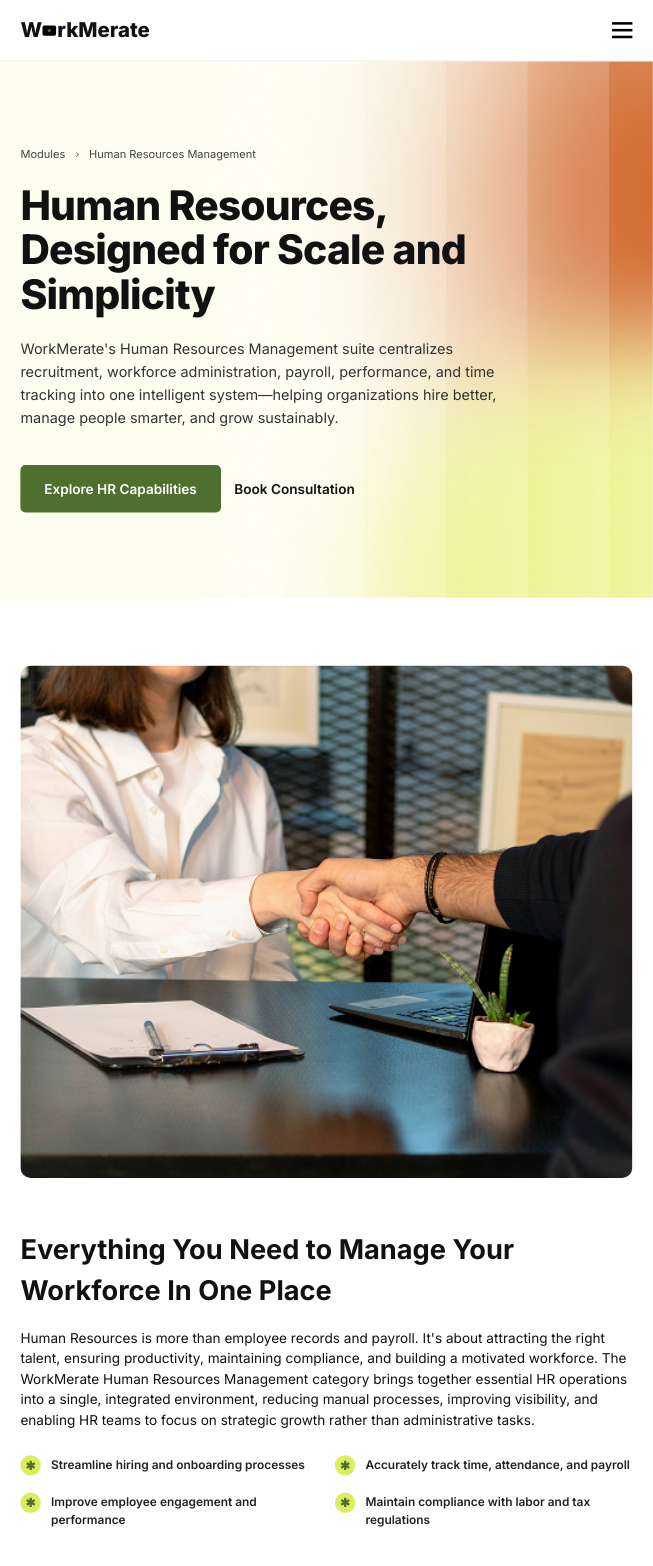
Repository: Opawumi/work_merate
Page: hr.html
The author's editor kept a copy of each file at every save. The page is drawn from the files as they stood at one save, then again after the next save.
The browser window is 768 px wide. The pictures show the part of the page from y = 0 to 1842 px (the page is 6237 px tall before and 6165 px after), at 85% of full size.
Pictures or frames that could not be fetched are drawn as grey boxes.

Above is the page before, as saved 2026-02-02 21:39:21.

### hr.html
<!DOCTYPE html>
<html lang="en">
<head>
    <meta charset="UTF-8">
    <meta name="viewport" content="width=device-width, initial-scale=1.0">
    <title>Human Resources - WorkMerate</title>
    <link rel="stylesheet" href="hr.css">
    <link rel="preconnect" href="https://fonts.googleapis.com">
    <link rel="preconnect" href="https://fonts.gstatic.com" crossorigin>
    <link href="https://fonts.googleapis.com/css2?family=Inter:wght@400;500;600;700;800&display=swap" rel="stylesheet">
</head>
<body>

    <nav class="navbar">
        <div class="container nav-wrapper">
            <a href="#" class="logo">W<span class="bag-icon"></span>rkMerate</a>
            <ul class="nav-menu">
                <li><a href="#" class="nav-link">Agentic AI</a></li>
                <li><a href="#" class="nav-link">Services <svg class="chevron" viewBox="0 0 24 24" fill="none" stroke="currentColor" stroke-width="2"><polyline points="6 9 12 15 18 9"></polyline></svg></a></li>
                <li><a href="#" class="nav-link active">Modules <svg class="chevron" viewBox="0 0 24 24" fill="none" stroke="currentColor" stroke-width="2"><polyline points="6 9 12 15 18 9"></polyline></svg></a></li>
                <li><a href="#" class="nav-link">Pricing</a></li>
                <li><a href="#" class="nav-link">Resources <svg class="chevron" viewBox="0 0 24 24" fill="none" stroke="currentColor" stroke-width="2"><polyline points="6 9 12 15 18 9"></polyline></svg></a></li>
                <li><a href="#" class="nav-link">About us</a></li>
            </ul>
            <div class="nav-actions">
                <a href="#" class="login-link">Login</a>
                <a href="#" class="btn-nav">Try it Free</a>
            </div>
            <div class="hamburger" id="hamburger"><span></span><span></span><span></span></div>
        </div>
        <div class="mobile-menu" id="mobileMenu">
             <a href="#">Services</a><a href="#">Modules</a><a href="#">Pricing</a>
        </div>
    </nav>

    <section class="hero-hr">
        <div class="container hero-container">
            <div class="hero-content">
                <div class="breadcrumbs">
                    <span class="crumb-gray">Modules</span>
                    <svg class="crumb-arrow" viewBox="0 0 24 24"><path d="M10 6L8.59 7.41 13.17 12l-4.58 4.59L10 18l6-6z"/></svg>
                    <span class="crumb-current">Human Resources Management</span>
                </div>
                <h1>Human Resources, Designed for Scale and Simplicity</h1>
                <p class="hero-description">
                    WorkMerate's Human Resources Management suite centralizes recruitment,
                    workforce administration, payroll, performance, and time tracking into one
                    intelligent system—helping organizations hire better, manage people smarter, and
                    grow sustainably.
                </p>
                <div class="hero-buttons">
                    <a href="#" class="btn-hero-primary">Explore HR Capabilities</a>
                    <a href="#" class="btn-hero-secondary">Book Consultation</a>
                </div>
            </div>
        </div>
    </section>

    <section class="section-padding bg-white">
        <div class="container">
            <div class="equal-height-row">
                <div class="image-content">
                    <img src="./assets/hr-one.png" alt="Handshake">
                </div>
                <div class="text-content">
                    <h2>Everything You Need to Manage Your Workforce In One Place</h2>
                    <p class="mb-6">Human Resources is more than employee records and payroll. It's about attracting the right talent, ensuring productivity, maintaining compliance, and building a motivated workforce. The WorkMerate Human Resources Management category brings together essential HR operations into a single, integrated environment, reducing manual processes, improving visibility, and enabling HR teams to focus on strategic growth rather than administrative tasks.</p>

                    <ul class="icon-list-grid">
                        <li>
                            <div class="icon-circle-lime">✱</div>
                            <span>Streamline hiring and onboarding processes</span>
                        </li>
                        <li>
                            <div class="icon-circle-lime">✱</div>
                            <span>Accurately track time, attendance, and payroll</span>
                        </li>
                        <li>
                            <div class="icon-circle-lime">✱</div>
                            <span>Improve employee engagement and performance</span>
                        </li>
                        <li>
                            <div class="icon-circle-lime">✱</div>
                            <span>Maintain compliance with labor and tax regulations</span>
                        </li>
                    </ul>
                </div>
            </div>
        </div>
    </section>

    <section class="section-padding hr-bg-lines bg-cream">
        <div class="container">
            <div class="capabilities-layout">
                <div class="cap-intro">
                    <h2>Core HR Capabilities</h2>
                    <p>Powerful modules working together to transform how you manage your workforce</p>
                    <div class="nav-arrows">
                        <button class="arrow-btn">←</button>
                        <button class="arrow-btn">→</button>
                    </div>
                </div>

                <div class="cap-cards-wrapper">
                    <div class="cap-card">
                        <div class="icon-box-dark"><svg viewBox="0 0 24 24" fill="none" stroke="currentColor" stroke-width="2"><rect x="3" y="4" width="18" height="18" rx="2" ry="2"></rect><line x1="16" y1="2" x2="16" y2="6"></line><line x1="8" y1="2" x2="8" y2="6"></line><line x1="3" y1="10" x2="21" y2="10"></line></svg></div>
                        <h3>Recruitment</h3>
                        <p>Manage your entire hiring process from job postings to candidate selection within a structured, collaborative workflow.</p>
                        <ul class="check-list-small">
                            <li><span class="check-circle-small">✓</span> Job requisitions and role definitions</li>
                            <li><span class="check-circle-small">✓</span> Applicant tracking and pipelines</li>
                            <li><span class="check-circle-small">✓</span> Interview scheduling and evaluation</li>
                            <li><span class="check-circle-small">✓</span> Hiring approvals and offer management</li>
                        </ul>
                    </div>

                    <div class="cap-card">
                        <div class="icon-box-dark"><svg viewBox="0 0 24 24" fill="none" stroke="currentColor" stroke-width="2"><path d="M12 2a10 10 0 1 0 10 10A10 10 0 0 0 12 2zm0 18a8 8 0 1 1 8-8 8 8 0 0 1-8 8z"></path><path d="M12 6v6l4 2"></path></svg></div>
                        <h3>AI Recruitment</h3>
                        <p>Enhance recruitment decisions using AI-driven insights to identify, rank, and recommend most suitable candidates.</p>
                        <ul class="check-list-small">
                            <li><span class="check-circle-small">✓</span> AI-powered CV screening and shortlisting</li>
                            <li><span class="check-circle-small">✓</span> Candidate-job matching based on skills</li>
                            <li><span class="check-circle-small">✓</span> Bias-reduced evaluation support</li>
                            <li><span class="check-circle-small">✓</span> Predictive hiring insights</li>
                        </ul>
                    </div>
                </div>
            </div>
        </div>
    </section>

    <section class="section-padding bg-white">
        <div class="container">
            <div class="section-header">
                <h2>Built for Teams Across Multiple Industries</h2>
                <p>The Human Resources Management suite is flexible enough to support diverse workforce structures and compliance needs across industries</p>
            </div>

            <div class="grid-3">
                <div class="card-outline">
                    <div class="icon-box-dark"><svg viewBox="0 0 24 24" fill="none" stroke="currentColor" stroke-width="2"><rect x="2" y="3" width="20" height="14" rx="2" ry="2"></rect><line x1="8" y1="21" x2="16" y2="21"></line><line x1="12" y1="17" x2="12" y2="21"></line></svg></div>
                    <h3>Corporate & Professional Services</h3>
                    <p>Structured hiring, payroll, and performance reviews</p>
                </div>
                <div class="card-outline">
                    <div class="icon-box-dark"><svg viewBox="0 0 24 24" fill="none" stroke="currentColor" stroke-width="2"><path d="M3 21h18v-8a2 2 0 0 0-2-2H5a2 2 0 0 0-2 2z"></path><path d="M5 11V7a2 2 0 0 1 2-2h10a2 2 0 0 1 2 2v4"></path></svg></div>
                    <h3>Manufacturing & Operations</h3>
                    <p>Shift-based attendance and workforce tracking</p>
                </div>
                <div class="card-outline">
                    <div class="icon-box-dark"><svg viewBox="0 0 24 24" fill="none" stroke="currentColor" stroke-width="2"><circle cx="9" cy="21" r="1"></circle><circle cx="20" cy="21" r="1"></circle><path d="M1 1h4l2.68 13.39a2 2 0 0 0 2 1.61h9.72a2 2 0 0 0 2-1.61L23 6H6"></path></svg></div>
                    <h3>Early risk detection</h3>
                    <p>Through forensic analysis and monitoring</p>
                </div>
                <div class="card-outline">
                    <div class="icon-box-dark"><svg viewBox="0 0 24 24" fill="none" stroke="currentColor" stroke-width="2"><path d="M22 10v6M2 10l10-5 10 5-10 5z"></path><path d="M6 12v5c3 3 9 3 12 0v-5"></path></svg></div>
                    <h3>Education & Training</h3>
                    <p>Staff records, leave management, and appraisals</p>
                </div>
                <div class="card-outline">
                    <div class="icon-box-dark"><svg viewBox="0 0 24 24" fill="none" stroke="currentColor" stroke-width="2"><path d="M3 21h18"></path><path d="M5 21V7l8-4 8 4v14"></path><path d="M10 9v12"></path><path d="M14 9v12"></path></svg></div>
                    <h3>Healthcare</h3>
                    <p>Minimize disruption and preparation time</p>
                </div>
                <div class="card-outline">
                    <div class="icon-box-dark"><svg viewBox="0 0 24 24" fill="none" stroke="currentColor" stroke-width="2"><path d="M2 22h20V2l-5 4-5-4-5 4-5-4z"></path></svg></div>
                    <h3>Construction & Field Services</h3>
                    <p>Timesheets, attendance, and payroll integration</p>
                </div>
            </div>
        </div>
    </section>

    <section class="section-padding grey-bg">
        <div class="container">
            <div class="equal-height-row reverse">
                <div class="image-content">
                    <img src="./assets/hr-two.png" alt="HR Meeting">
                </div>
                <div class="text-content">
                    <h2>One HR System. Fully Connected.</h2>
                    <p class="mb-6">All Human Resources modules within WorkMerate are deeply integrated—ensuring that data flows seamlessly across recruitment, employee records, attendance, payroll, and performance.</p>
                    <ul class="icon-list-grid">
                        <li><div class="icon-circle-lime">✱</div> <span>Better decision-making through connected insights</span></li>
                        <li><div class="icon-circle-lime">✱</div> <span>Enhanced collaboration between teams for streamlined processes</span></li>
                        <li><div class="icon-circle-lime">✱</div> <span>Real-time visibility across HR operations</span></li>
                        <li><div class="icon-circle-lime">✱</div> <span>Enhanced data analytics for better decision-making</span></li>
                    </ul>
                </div>
            </div>
        </div>
    </section>

    <section class="section-padding bg-white">
        <div class="container">
            <div class="cta-banner">
                <h2>Transform How You Manage People</h2>
                <p>Whether you're scaling a growing team or optimizing enterprise HR operations, WorkMerate provides the structure, flexibility, and intelligence your workforce needs.</p>
                <div class="cta-actions">
                    <a href="#" class="btn-dark">Request a Demo</a>
                </div>
            </div>
        </div>
    </section>

    <footer class="footer-section">
        <div class="container">
            <div class="footer-top">
                <div class="footer-brand">
                    <a href="#" class="logo">W<span class="bag-icon"></span>rkMerate</a>
                    <p class="tagline">Smart. Secure. Simplified.</p>
                    <div class="contact-details">
                        <p><strong>USA Customer Support:</strong><br>(+1) 256 441 3090</p>
                        <p><strong>NGA Customer Support:</strong><br>(+234) 907 713 7167</p>
                        <p><strong>Email:</strong><br>support@workmerate.ng.com</p>
                    </div>
                    <div class="social-icons">
                         <span>f</span><span>x</span><span>in</span><span>ig</span><span>tk</span>
                    </div>
                </div>
                <div class="footer-links-grid">
                    <div><h4>Services</h4><ul><li><a href="#">Tax Automation</a></li><li><a href="#">ERP Integration</a></li></ul></div>
                    <div><h4>Modules</h4><ul><li><a href="#">Human Resources</a></li><li><a href="#">Financial Management</a></li></ul></div>
                    <div><h4>Resources</h4><ul><li><a href="#">Compliance Loss</a></li><li><a href="#">State IRS</a></li></ul></div>
                    <div><h4>Other Links</h4><ul><li><a href="#">About Us</a></li><li><a href="#">Pricing</a></li></ul></div>
                </div>
            </div>
            <hr>
            <div class="footer-newsletter">
                <div class="nl-text"><h3>Subscribe to our newsletter</h3><p>Stay informed with the latest news.</p></div>
                <div class="nl-form"><input type="email" placeholder="Enter your email"><button class="btn-dark">Subscribe</button></div>
            </div>
            <hr>
            <div class="footer-bottom">
                <p>&copy; 2025 WorkMerate - All rights reserved</p>
                <div class="badges"><span style="color:#4F6F2F; font-weight:bold;">NiTDA</span></div>
            </div>
        </div>
    </footer>

    <script>
        document.getElementById('hamburger').addEventListener('click', function() {
            document.getElementById('mobileMenu').classList.toggle('open');
        });
    </script>
</body>
</html>

### hr.css
/* --- Reset & Variables --- */
:root {
  --font-family: "Inter", sans-serif;
  --color-text-main: #111;
  --color-text-light: #555;
  --color-dark-green: #4f6f2f;
  --color-lime-accent: #dcee60;
  --color-cream-bg: #f9f9f4;
  --color-yellow-cta: #eff69e;
  --color-border: #eeeeee;
}

* {
  margin: 0;
  padding: 0;
  box-sizing: border-box;
}
body {
  font-family: var(--font-family);
  color: var(--color-text-main);
  background: #fff;
  line-height: 1.5;
  overflow-x: hidden;
}
a {
  text-decoration: none;
  color: inherit;
}
ul {
  list-style: none;
}
img {
  max-width: 100%;
  display: block;
}

/* Utilities */
.container {
  max-width: 1240px;
  margin: 0 auto;
  padding: 0 24px;
}
.section-padding {
  padding: 80px 0;
}
.hr-bg-lines {
    background: url("./assets/pricing-bg-3.png") no-repeat center/cover;
}
.grey-bg {
    background-color: #EDEFE8;
}
.bg-white {
  background-color: #fff;
}
.bg-cream {
  background-color: var(--color-cream-bg);
}
.mb-6 {
  margin-bottom: 24px;
}

/* --- Navigation --- */
.navbar {
  height: 72px;
  display: flex;
  align-items: center;
  border-bottom: 1px solid #eee;
  background: #fff;
  position: relative;
  z-index: 100;
}
.nav-wrapper {
  width: 100%;
  display: flex;
  justify-content: space-between;
  align-items: center;
}
.logo {
  font-size: 24px;
  font-weight: 800;
  display: flex;
  align-items: center;
}
.bag-icon {
  width: 16px;
  height: 12px;
  background: #000;
  border-radius: 2px;
  display: inline-block;
  position: relative;
  margin: 0 1px;
}
.bag-icon::after {
  content: "";
  position: absolute;
  top: 4px;
  left: 6px;
  width: 4px;
  height: 4px;
  background: var(--color-dark-green);
  border-radius: 50%;
}
.nav-menu {
  display: flex;
  gap: 32px;
}
.nav-link {
  font-size: 14px;
  font-weight: 500;
  display: flex;
  align-items: center;
  gap: 4px;
}
.nav-actions {
  display: flex;
  gap: 20px;
  align-items: center;
}
.login-link {
  font-weight: 600;
  font-size: 14px;
}
.btn-nav {
  background: var(--color-dark-green);
  color: #fff;
  padding: 10px 20px;
  border-radius: 4px;
  font-weight: 600;
  font-size: 14px;
}
.hamburger {
  display: none;
  flex-direction: column;
  gap: 5px;
  cursor: pointer;
}
.hamburger span {
  width: 24px;
  height: 3px;
  background: #000;
}
.mobile-menu {
  display: none;
  position: absolute;
  top: 72px;
  left: 0;
  width: 100%;
  background: #fff;
  padding: 20px;
  border-bottom: 1px solid #eee;
}
.mobile-menu.open {
  display: flex;
  flex-direction: column;
  gap: 10px;
}

/* --- 1. Hero Section --- */
.hero-hr {
  background: url("./assets/hr-hero.png") no-repeat center/cover;
  position: relative;
  padding: 100px 0;
  overflow: hidden;
}
.hero-gradient-overlay {
  position: absolute;
  top: 0;
  right: 0;
  height: 100%;
  width: 50%;
  /* Gradient mimicking the image: Cream to Orange */
  background: linear-gradient(
    90deg,
    rgba(255, 255, 255, 0) 0%,
    #f4d09c 30%,
    #d97e4a 100%
  );
  opacity: 0.8;
  pointer-events: none;
  z-index: 0;
}
.hero-content {
  max-width: 600px;
  position: relative;
  z-index: 2;
}
.breadcrumbs {
  display: flex;
  align-items: center;
  gap: 8px;
  font-size: 13px;
  margin-bottom: 24px;
  color: #444;
}
.crumb-arrow {
  width: 12px;
  height: 12px;
  fill: #666;
}
h1 {
  font-size: 48px;
  font-weight: 800;
  margin-bottom: 24px;
  color: #111;
  letter-spacing: -1px;
  line-height: 1.1;
}
.hero-description {
  font-size: 17px;
  margin-bottom: 40px;
  color: #333;
  line-height: 1.6;
}
.hero-buttons {
  display: flex;
  gap: 16px;
  align-items: center;
}
.btn-hero-primary {
  background: var(--color-dark-green);
  color: #fff;
  padding: 16px 28px;
  border-radius: 6px;
  font-weight: 600;
}
.btn-hero-secondary {
  font-weight: 600;
  color: #111;
}

/* --- 2. Intro Section --- */
.equal-height-row {
  display: grid;
  grid-template-columns: 1fr 1fr;
  gap: 60px;
  align-items: center;
}
.equal-height-row.reverse {
  direction: rtl;
}
.equal-height-row.reverse > * {
  direction: ltr;
}
.text-content h2 {
  font-size: 32px;
  font-weight: 700;
  margin-bottom: 20px;
}
.icon-list-grid {
  display: grid;
  grid-template-columns: 1fr 1fr;
  gap: 20px;
  margin-top: 30px;
}
.icon-list-grid li {
  display: flex;
  gap: 12px;
  align-items: start;
  font-size: 14px;
  font-weight: 600;
  color: #222;
}
.icon-circle-lime {
  background: var(--color-lime-accent);
  color: var(--color-dark-green);
  border-radius: 50%;
  width: 24px;
  height: 24px;
  display: flex;
  align-items: center;
  justify-content: center;
  font-size: 14px;
  flex-shrink: 0;
}
.image-content img {
  border-radius: 12px;
  width: 100%;
  height: 100%;
  object-fit: cover;
}

/* --- 3. Core HR Capabilities --- */
.capabilities-layout {
  display: grid;
  grid-template-columns: 1fr 2fr;
  gap: 40px;
  align-items: start;
}
.cap-intro h2 {
  font-size: 36px;
  font-weight: 800;
  margin-bottom: 16px;
}
.cap-intro p {
  font-size: 16px;
  color: #555;
  margin-bottom: 32px;
}
.nav-arrows .arrow-btn {
  background: var(--color-lime-accent);
  border: none;
  width: 40px;
  height: 40px;
  border-radius: 50%;
  font-size: 18px;
  margin-right: 10px;
  cursor: pointer;
}

.cap-cards-wrapper {
  display: flex;
  gap: 24px;
  overflow-x: auto;
  padding-bottom: 20px;
}
.cap-card {
  background: #e9f0e5;
  border-radius: 12px;
  padding: 32px;
  min-width: 320px;
  border: 1px solid #ddd;
}
.cap-card h3 {
  font-size: 20px;
  font-weight: 700;
  margin-bottom: 12px;
}
.cap-card p {
  font-size: 14px;
  color: #444;
  margin-bottom: 20px;
  line-height: 1.5;
}
.icon-box-dark {
  width: 40px;
  height: 40px;
  background: var(--color-dark-green);
  border-radius: 8px;
  display: flex;
  align-items: center;
  justify-content: center;
  color: #fff;
  margin-bottom: 20px;
}
.icon-box-dark svg {
  width: 20px;
  height: 20px;
}
.check-list-small li {
  display: flex;
  gap: 8px;
  font-size: 13px;
  margin-bottom: 8px;
  font-weight: 600;
  color: #333;
}
.check-circle-small {
  background: #d4dfa8;
  color: #333;
  width: 18px;
  height: 18px;
  border-radius: 50%;
  display: flex;
  align-items: center;
  justify-content: center;
  font-size: 10px;
}

/* --- 4. Industries Grid --- */
.section-header {
  text-align: center;
  max-width: 700px;
  margin: 0 auto 60px;
}
.section-header h2 {
  font-size: 32px;
  font-weight: 700;
  margin-bottom: 12px;
}
.grid-3 {
  display: grid;
  grid-template-columns: repeat(3, 1fr);
  gap: 24px;
}
.card-outline {
  border: 1px solid #ddd;
  border-radius: 12px;
  padding: 24px;
  background: #fff;
  transition: 0.3s;
}
.card-outline:hover {
  border-color: var(--color-dark-green);
  box-shadow: 0 4px 12px rgba(0, 0, 0, 0.05);
}
.card-outline h3 {
  font-size: 16px;
  font-weight: 700;
  margin-bottom: 8px;
}
.card-outline p {
  font-size: 14px;
  color: #666;
}

/* --- 6. CTA --- */
.cta-banner {
  background: var(--color-yellow-cta);
  border-radius: 24px;
  padding: 60px 40px;
  text-align: center;
}
.cta-banner h2 {
  font-size: 32px;
  font-weight: 700;
  margin-bottom: 16px;
  color: #111;
}
.cta-banner p {
  max-width: 700px;
  margin: 0 auto 32px;
  font-size: 16px;
  color: #333;
}
.btn-dark {
  background: var(--color-dark-green);
  color: #fff;
  padding: 14px 28px;
  border-radius: 6px;
  font-weight: 600;
  display: inline-block;
  font-size: 15px;
}

/* --- Footer --- */
.footer-section {
  background: var(--color-cream-bg);
  padding: 80px 0 30px;
  font-size: 14px;
  color: #333;
}
.footer-top {
  display: flex;
  justify-content: space-between;
  flex-wrap: wrap;
  gap: 40px;
  margin-bottom: 40px;
}
.footer-links-grid {
  display: flex;
  gap: 60px;
}
.footer-links-grid h4 {
  font-weight: 700;
  margin-bottom: 12px;
}
.footer-links-grid a {
  color: #555;
  display: block;
  margin-bottom: 8px;
}
.footer-newsletter {
  display: flex;
  justify-content: space-between;
  align-items: center;
  padding: 30px 0;
  border-top: 1px solid #ccc;
  border-bottom: 1px solid #ccc;
  margin-bottom: 20px;
}
.nl-form input {
  padding: 10px;
  border: 1px solid #ccc;
  border-radius: 4px;
  width: 250px;
  margin-right: 10px;
}
.footer-bottom {
  display: flex;
  justify-content: space-between;
  align-items: center;
  font-size: 12px;
  color: #777;
}

/* Responsive */
@media (max-width: 992px) {
  .nav-menu,
  .nav-actions {
    display: none;
  }
  .hamburger {
    display: flex;
  }
  .equal-height-row,
  .equal-height-row.reverse {
    grid-template-columns: 1fr;
    direction: ltr;
  }
  .hero-gradient-overlay {
    width: 100%;
    opacity: 0.3;
  }
  .capabilities-layout {
    grid-template-columns: 1fr;
  }
  .cap-cards-wrapper {
    overflow-x: scroll;
  }
  .grid-3 {
    grid-template-columns: 1fr;
  }
  .footer-links-grid {
    flex-wrap: wrap;
    gap: 30px;
  }
  .footer-newsletter {
    flex-direction: column;
    align-items: flex-start;
    gap: 15px;
  }
  .nl-form {
    width: 100%;
  }
  .nl-form input {
    width: 100%;
    margin-bottom: 10px;
  }
}

After the next save:
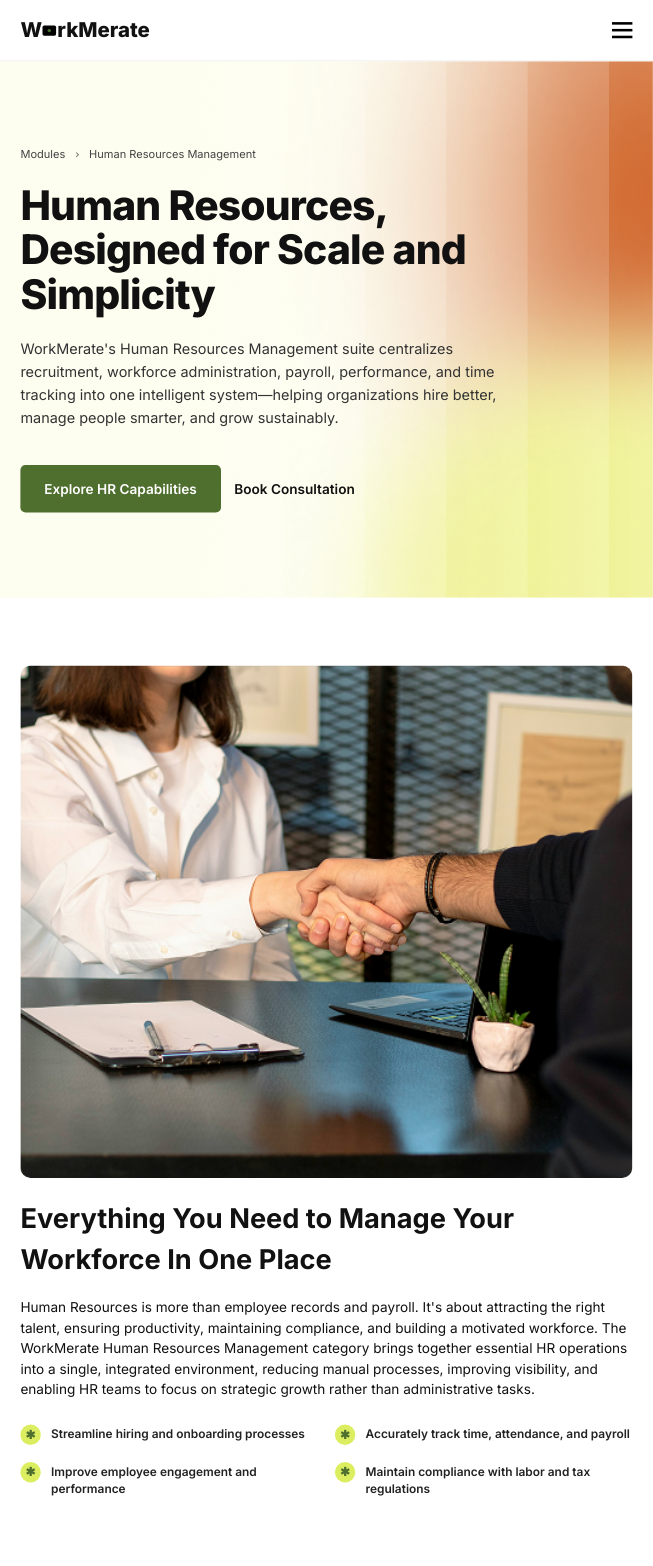
Saved 3 min 26 s later.
--- a/hr.css
+++ b/hr.css
@@ -272,11 +272,28 @@
   font-size: 14px;
   flex-shrink: 0;
 }
+.equal-height-row .image-content {
+  height: 360px;
+}
 .image-content img {
   border-radius: 12px;
   width: 100%;
   height: 100%;
   object-fit: cover;
+  display: block;
+}
+
+@media (max-width: 768px) {
+  .equal-height-row {
+    grid-template-columns: 1fr;
+    gap: 24px;
+  }
+  .equal-height-row .image-content {
+    height: auto;
+  }
+  .image-content img {
+    height: auto;
+  }
 }
 
 /* --- 3. Core HR Capabilities --- */
